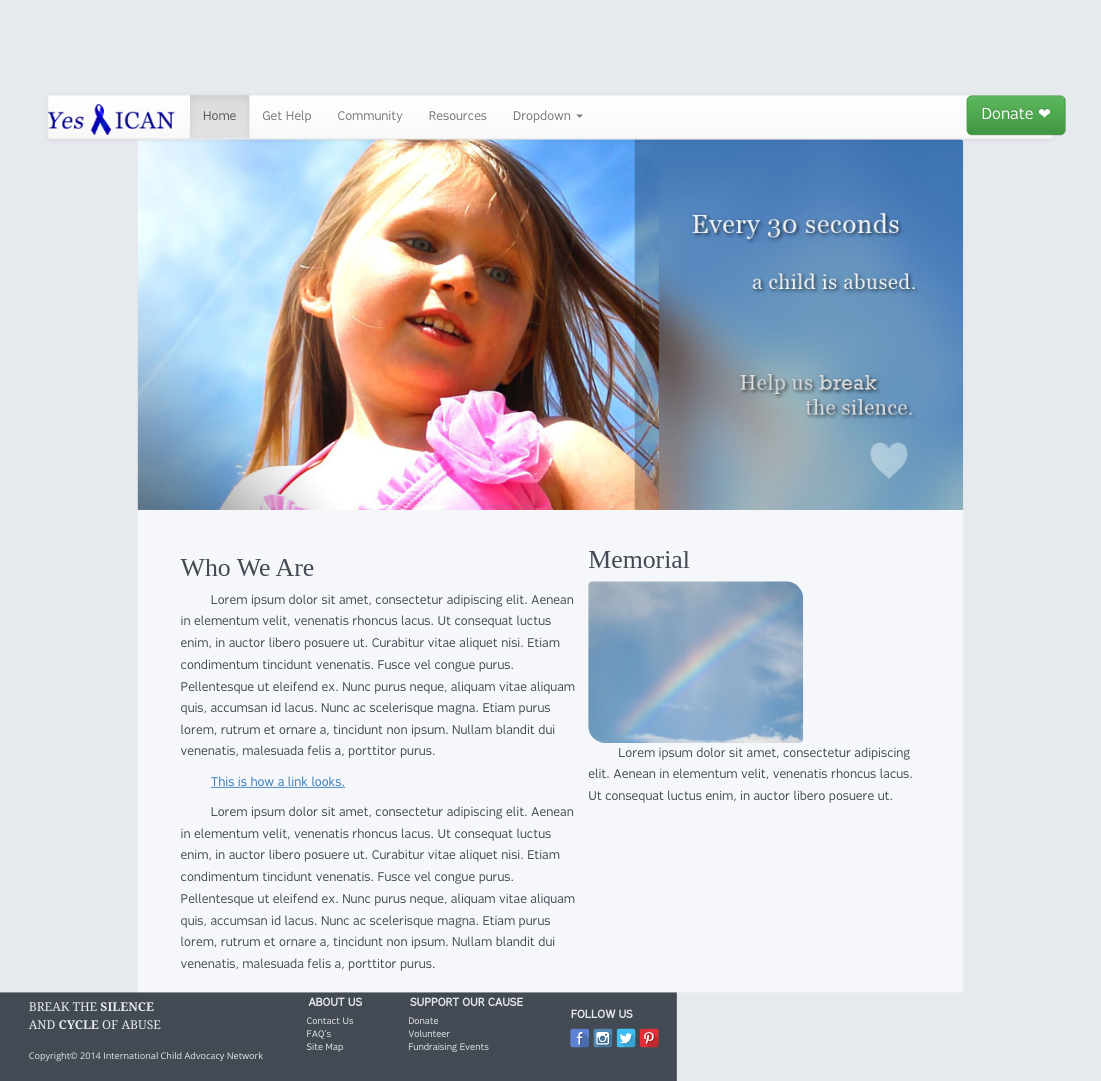
Repository: Rob21789/Yes-I-Can
Page: index.html
The author's editor kept a record of every edit. The page is drawn from the files as they stood at one moment, then again after the next edit.
The browser window is 1280 px wide. The pictures show the whole page, at 86% of full size.
Some web fonts or font styles are not loaded; a fallback is used. Some web libraries are served in a nearby version.

Above is the page before.
Not found: assets/js/ie-emulation-modes-warning.js
Not found: assets/js/ie10-viewport-bug-workaround.js

After the next edit:
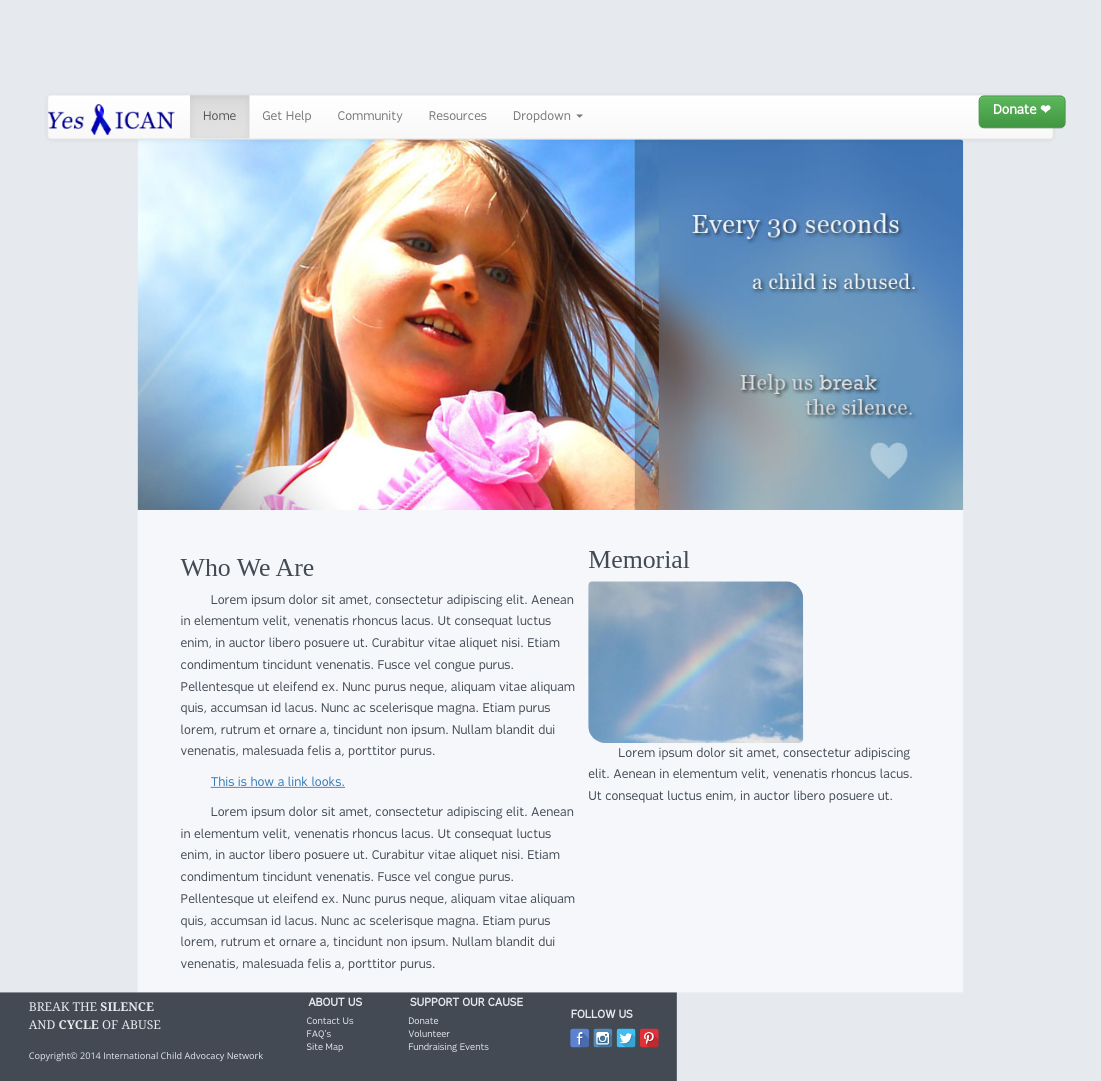
The edit:
--- a/index.html
+++ b/index.html
@@ -74,7 +74,7 @@
               <li><button type="button" class="btn btn-lg btn-success">Donate &#10084;</button></li>
               <style>
 
-              	btn-lg {
+              	.btn-lg {
               		font-size: 15px;
 									font-weight: bold;
 									padding: 8px 16px;
